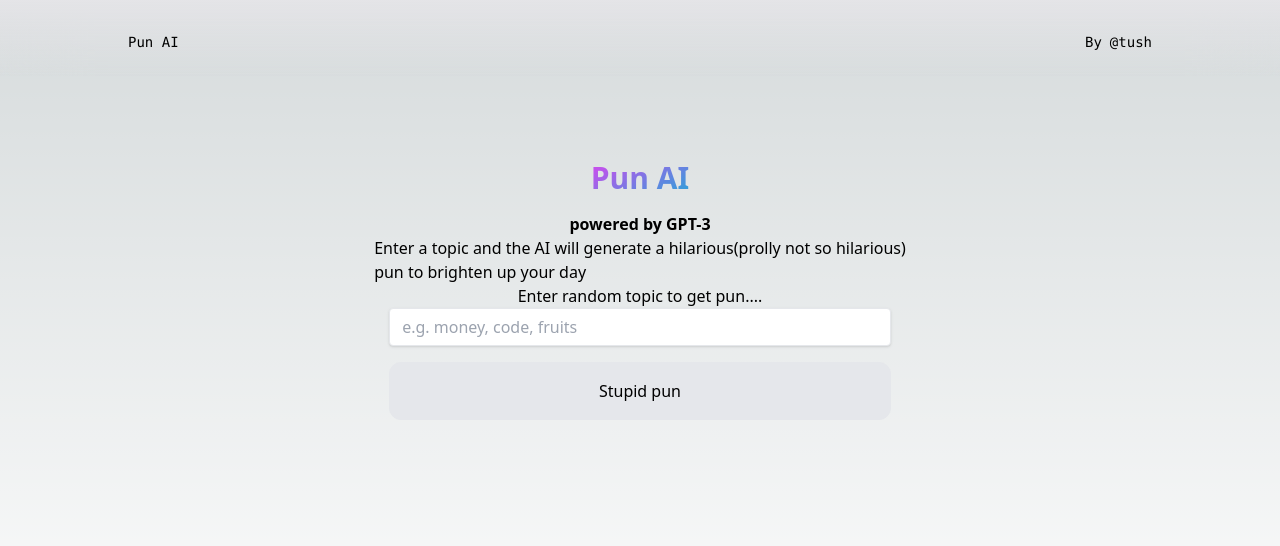
Repository: tushcmd/next-puns-ai
Page: /
These files come from the project's save history. The page is drawn as it stood at one moment and after the next save; the edit follows.
The browser window is 1280 px wide. The pictures show the whole page.
The project was rebuilt for these pictures with package versions that can differ from the ones it lists, and the page was loaded fresh each time. The framework's server and built-in components were replaced by stand-ins that run in the browser. Also part of the build but not shown: next.config.mjs, app/components/Spinner.tsx.

Above is the page before, as saved 2024-03-07 22:08:17.

### app/layout.tsx
import type { Metadata } from "next";
import { Inter } from "next/font/google";
import "./globals.css";

const inter = Inter({ subsets: ["latin"] });

export const metadata: Metadata = {
  title: "Create Next App",
  description: "Generated by create next app",
};

export default function RootLayout({
  children,
}: Readonly<{
  children: React.ReactNode;
}>) {
  return (
    <html lang="en">
      <body className={`{inter.className} w-full overflo-y-visible overflow-x-hidden`}>{children}</body>
    </html>
  );
}

### app/page.tsx
import Header from "./components/header";
import Hero from "./components/hero";



export default function Home() {

  return (
    <main className="flex min-h-screen flex-col items-center">
      <Header />
      <Hero />

    </main>
  );
}



 {/* async function handleSubmit(e: FormEvent:<HTMLFormElement>) {
    return ;
  }    */}

{/*Nav*/}
{/*
      <div className="z-10 max-w-5xl w-full items-center justify-between font-mono text-sm lg:flex">
        <p className="fixed left-0 top-0 flex w-full justify-center border-b border-gray-300 bg-gradient-to-b from-zinc-200 py-2 backdrop-blur-2xl dark:border-neutral-800 dark:bg-zinc-800/30 dark:from-inherit lg:static lg:w-auto  lg:rounded-xl lg:border lg:bg-gray-200 lg:p-0 lg:dark:bg-zinc-800/30">
          Pun AI
        </p>

        <div className="fixed bottom-0 left-0 flex h-48 w-full items-end justify-center bg-gradient-to-t from-white via-white dark:from-black dark:via-black lg:static lg:h-auto lg:w-auto lg:bg-none">
          {/*<div>
            Dak
       </div>
          <a
            className="pointer-events-none flex place-items-center gap-2 p-8 lg:pointer-events-auto lg:p-0"
            href="https://tushdev.co/"
            target="_blank"
            rel="noopener noreferrer"
          >
            By{" "}
            <p>@tush</p>
          </a>
        </div>
      </div>

      <div className="relative flex flex-col place-items-center before:absolute before:h-[300px] before:w-full sm:before:w-[480px] before:-translate-x-1/2 before:rounded-full before:bg-gradient-radial before:from-white before:to-transparent before:blur-2xl before:content-[''] after:absolute after:-z-20 after:h-[180px] after:w-full sm:after:w-[240px] after:translate-x-1/3 after:bg-gradient-conic after:from-sky-200 after:via-blue-200 after:blur-2xl after:content-[''] before:dark:bg-gradient-to-br before:dark:from-transparent before:dark:to-blue-700 before:dark:opacity-10 after:dark:from-sky-900 after:dark:via-[#0141ff] after:dark:opacity-40 before:lg:h-[360px] z-[-1]">
        <p className="p-4 lg:pb-8 text-xl">
          Generate a random pun from a topic to brighten your day <br /> with Pun AI
        </p>
        <svg
          xmlns="http://www.w3.org/2000/svg"
          width="156"
          height="156"
          viewBox="0 0 24 24"
          fill="none"
          stroke="#FFFFFF"
          stroke-width="2"
          stroke-linecap="round"
          stroke-linejoin="round"
          className="lucide lucide-smile"><circle cx="12" cy="12" r="10" /><path d="M8 14s1.5 2 4 2 4-2 4-2" /><line x1="9" x2="9.01" y1="9" y2="9" /><line x1="15" x2="15.01" y1="9" y2="9"
          />
        </svg>
      </div>

      <form className="flex flex-col justify-between mb-32 text-center lg:max-w-3xl lg:w-full lg:mb-0 lg:grid-cols-4">
        <div className='w-full mb-4'>
          <label className="block items-center justify-center mb-4" htmlFor="prompt-input">
            Enter random topic to get pun...
          </label>
          <input
            className="shadow appearance-none border rounded w-full py-2 px-3 text-gray-700 leading-tight focus:outline-none focus:shadow-outline"
            id="prompt-input"
            type="text"
            placeholder="e.g. money, code, fruits">
          </input>
        </div>
        <button
          type="submit"
          className="bg-blue-500 hover:bg-blue-700 text-white font-bold py-2 px-4 rounded focus:outline-none focus:shadow-outline"
        >
          Generate Pun
        </button>
      </form> */}

### app/globals.css
@tailwind base;
@tailwind components;
@tailwind utilities;

:root {
  --foreground-rgb: 0, 0, 0;
  --background-start-rgb: 214, 219, 220;
  --background-end-rgb: 255, 255, 255;
}

* {
  scroll-behavior: smooth;
}

@media (prefers-color-scheme: dark) {
  :root {
    --foreground-rgb: 255, 255, 255;
    --background-start-rgb: 0, 0, 0;
    --background-end-rgb: 0, 0, 0;
  }
}

body {
  color: rgb(var(--foreground-rgb));
  background: linear-gradient(
      to bottom,
      transparent,
      rgb(var(--background-end-rgb))
    )
    rgb(var(--background-start-rgb));
}

@layer utilities {
  .text-balance {
    text-wrap: balance;
  }
}

### app/components/header.tsx
import Link from "next/link";

export default function Header() {
    return (
        <header className="fixed flex justify-center items-center w-full z-50 t-0 bg-gradient-to-b from-zinc-200 md:pb-6 md:pt-8 backdrop-blur-2xl dark:bg-zinc-800/30 dark:from-inherit">
            <div className="flex flex-row items-center w-full md:max-w-5xl justify-between font-mono text-sm">
                <Link
                    className=""
                    href='/'
                >
                    Pun AI
                </Link>

                <Link
                    className="pointer-events-none flex place-items-center gap-2 p-8 lg:pointer-events-auto lg:p-0"
                    href="https://tushdev.co/"
                    target="_blank"
                    rel="noopener noreferrer"
                >
                    By{" "}
                    <p>@tush</p>
                </Link>
            </div>
        </header>


    );
}


{/*<header className = 'fixed flex justify-center items-center w-full z-50 t-0 border-gray-300 bg-gradient-to-b from-zinc-200 pb-6 pt-8 backdrop-blur-2xl dark:border-neutral-800 dark:bg-zinc-800/30 dark:from-inherit lg:static  lg:rounded-xl lg:border lg:bg-gray-200 lg:p-4 lg:dark:bg-zinc-800/30'>
            <div className="flex items-start md:max-w-5xl py-3 w-auto md:px-5 px-5 justify-start font-mono text-sm">
                <Link href='/' className=''> Pun AI</Link>
            </div>
        </header> */}

{/*} <div className="flex flex-row z-10 max-w-5xl w-full items-center justify-between font-mono text-sm">
            <p className="fixed left-0 top-0 flex items-start border-b border-gray-300 bg-gradient-to-b from-zinc-200 pb-6 pt-8 backdrop-blur-2xl dark:border-neutral-800 dark:bg-zinc-800/30 dark:from-inherit lg:static w-auto  lg:rounded-xl lg:border lg:bg-gray-200 lg:p-4 lg:dark:bg-zinc-800/30">
                Pun AI
            </p>
            <p>h2</p>
        </div> */}

### app/components/hero.tsx
'use client'

import { useState, FormEvent } from "react";
import Image from "next/image";
import Spinner from "./Spinner";




export default function Hero() {

    const [pun, setPun] = useState("");
    const [punLoading, setPunLoading] = useState(false);
    const [punLoadingError, setPunLoadingError] = useState(false);

    async function handleSubmit(e: FormEvent<HTMLFormElement>) {
        e.preventDefault();
        const formData = new FormData(e.target as HTMLFormElement);
        const prompt = formData.get("prompt")?.toString().trim();

        if (prompt) {
        try {
            setPun("");
            setPunLoadingError(false);
            setPunLoading(true);

            const response = await fetch("/api/cringe?prompt=" + encodeURIComponent(prompt));
            const body = await response.json();
            setPun(body.pun);
        } catch (error) {
            console.error(error);
            setPunLoadingError(true);
        } finally {
            setPunLoading(false);
        }
        }
    }



    return (
        <div className="flex flex-col relative justify-center items-center h-screen md:py-16 py-6 overflow-wrap">
            <p className="text-3xl font-bold pb-4 bg-gradient-to-br from-fuchsia-500 to-cyan-500 bg-clip-text text-transparent">Pun AI</p>
            <p className="text-base font-bold">powered by GPT-3</p>
            <div className="text-base ">Enter a topic and the AI will generate a hilarious(prolly not so hilarious) <br /> pun to brighten up your day</div>
            <div className='mx-[2rem] relative w-full flex items-center'>
                <Image
                    src={'/public/assets/OIP-crackmeup.jpg'}
                    fill
                    alt='Crack me up'
                    priority
                    className='object-cover rounded-3xl'
                    quality={75}
                    sizes="100vw"
                />
            </div>
            <form onSubmit={handleSubmit} className='flex flex-col justify-between mb-32 text-center'>
                <div className='mb-4'>
                    <label
                        className="mb-4"
                    >
                        Enter random topic to get pun....
                    </label>
                    <input
                        className="shadow appearance-none border rounded w-full py-2 px-3 text-gray-700 leading-tight focus:outline-none focus:shadow-outline"
                        id="prompt-input"
                        type="text"
                        placeholder="e.g. money, code, fruits">
                    </input>
                </div>
                <button type='submit' className='mb-3 border static rounded-xl bg-gray-200 p-4 dark:bg-zinc-800/30' disabled={punLoading}>
                    Stupid pun
                </button>
            </form>

            {punLoading && <Spinner />}
            {punLoadingError && "Something went wrong. Please try again."}
            {pun && <h5>{pun}</h5>}
        </div>
    )
}

### tailwind.config.ts
import type { Config } from "tailwindcss";

const config: Config = {
  content: [
    "./pages/**/*.{js,ts,jsx,tsx,mdx}",
    "./components/**/*.{js,ts,jsx,tsx,mdx}",
    "./app/**/*.{js,ts,jsx,tsx,mdx}",
  ],
  theme: {
    extend: {
      backgroundImage: {
        "gradient-radial": "radial-gradient(var(--tw-gradient-stops))",
        "gradient-conic":
          "conic-gradient(from 180deg at 50% 50%, var(--tw-gradient-stops))",
      },
      screens: {
        sm: '480px',
        md: '768px',
        lg: '976px',
        xl: '1440px',
      },
    },
  },
  plugins: [],
};
export default config;

After the next save:
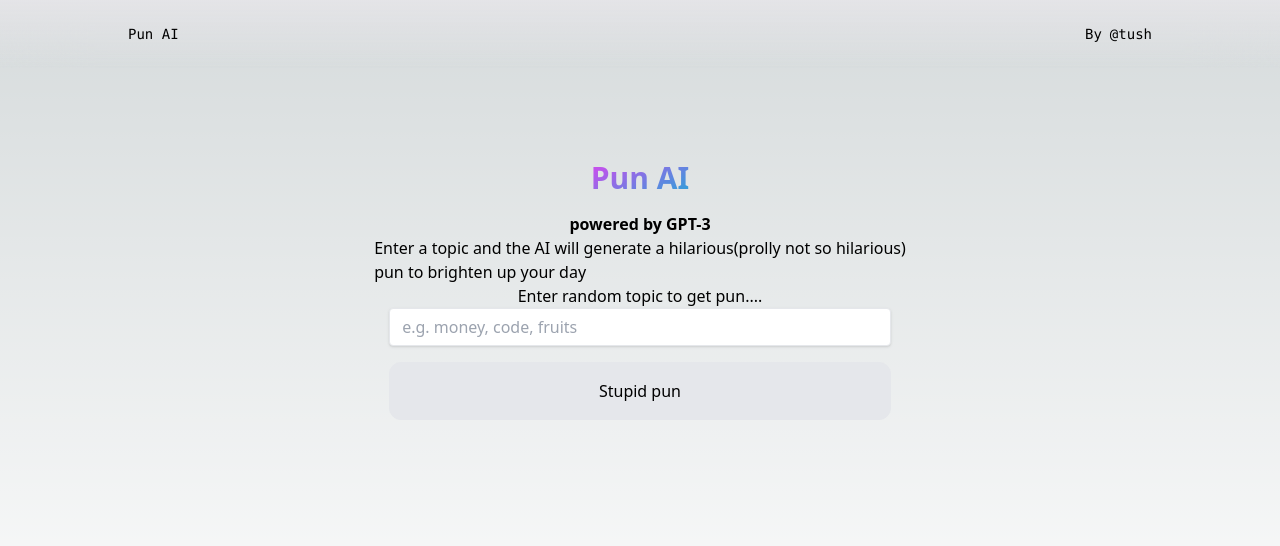
Saved 4 min 20 s later.
--- a/app/components/header.tsx
+++ b/app/components/header.tsx
@@ -2,7 +2,7 @@
 
 export default function Header() {
     return (
-        <header className="fixed flex justify-center items-center w-full z-50 t-0 bg-gradient-to-b from-zinc-200 md:pb-6 md:pt-8 backdrop-blur-2xl dark:bg-zinc-800/30 dark:from-inherit">
+        <header className="fixed flex justify-center items-center w-full z-50 t-0 bg-gradient-to-b from-zinc-200 md:pb-6 md:pt-6 backdrop-blur-2xl dark:bg-zinc-800/30 dark:from-inherit">
             <div className="flex flex-row items-center w-full md:max-w-5xl justify-between font-mono text-sm">
                 <Link
                     className=""
